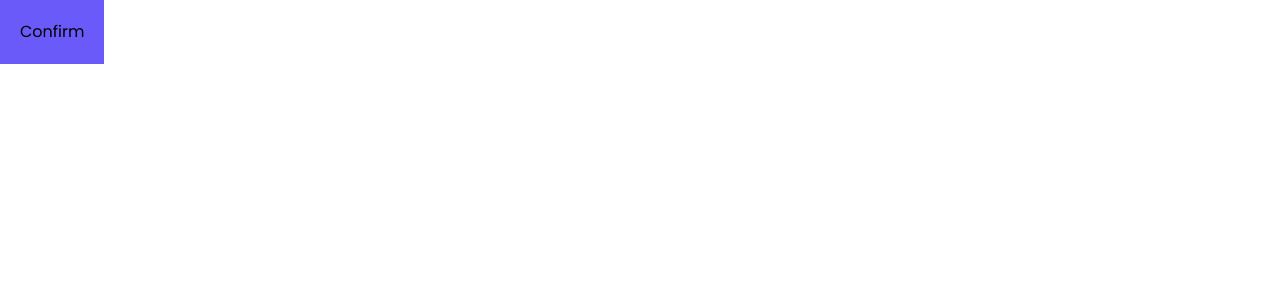
Repository: quangbeuu/Tailwind_learn
Page: Tailwind/index.html
An editor plug-in stored every save of this project. The page is shown before and after the next save, followed by the edit.
The browser window is 1280 px wide. The pictures show the whole page.

Above is the page before, as saved 2022-01-25 08:56:40.

After the next save:
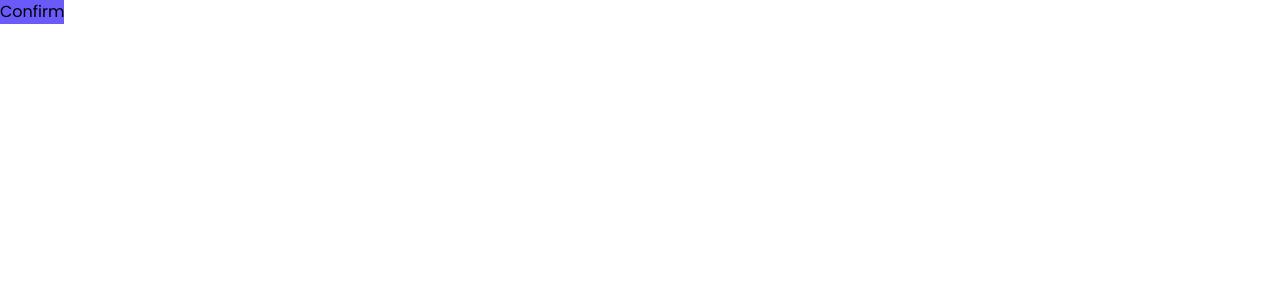
Saved 13 s later.
--- a/Tailwind/index.html
+++ b/Tailwind/index.html
@@ -44,6 +44,6 @@
         </div>
     </div> -->
     <!-- VD2: -->
-    <button class="inline-block p-5 text-whine bg-[#6A5AF9]">Confirm</button>
+    <button class="inline-block py-5 text-whine bg-[#6A5AF9]">Confirm</button>
 </body>
 </html>
